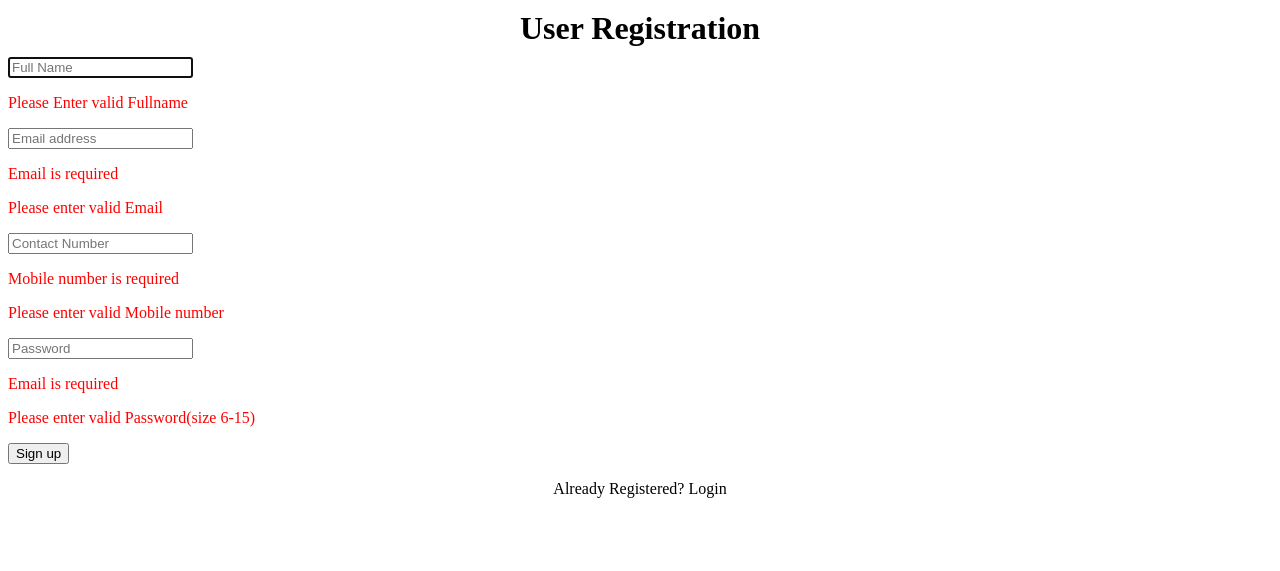
Repository: sagarpatil11/ToDo
Page: todo/src/main/webapp/templates/userregistration.html
An editor plug-in stored every save of this project. The page is shown before and after the next save, followed by the edit.
The browser window is 1280 px wide. The pictures show the whole page.

Above is the page before, as saved 2017-07-21 12:04:36.

### todo/src/main/webapp/templates/userregistration.html
<div class="container">
        <div class="card card-container">

            <h1 style="text-align: center;margin:10px">User Registration</h1>

            <form name="regform" class="form-signin" method="post">

            	<div class="form-group">
            		<input type="text" name="fullname" data-ng-model="fullname" data-ng-pattern="/^[A-Za-z]*$/" id="fullname" class="form-control" placeholder="Full Name" required autofocus>
                	<p><span data-ng-show="regform.fullname.$error.required && regform.fullname.$touched" style="color: red">Please Enter valid Fullname</span></p>
               		<!-- <p><span data-ng-show="userform.email.$error.email && userform.email.$touched" style="color: red">Please enter valid Email</span></p> -->
               		<span data-ng-show="regform.fullname.$error.required >Name must be alphabet</span>

               	</div>

               	<div class="form-group">
                	<input type="email" name="email" data-ng-model="email" id="inputEmail" class="form-control" placeholder="Email address" required >
               		<p><span data-ng-show="regform.email.$error.required && regform.email.$touched" style="color: red">Email is required</span></p>
               		<p><span data-ng-show="regform.email.$error.email && regform.email.$touched" style="color: red">Please enter valid Email</span></p>
               	</div>

               	<div class="form-group">
                	<input type="number" name="mobile" data-ng-model="mobile" data-ng-minlength="10" data-ng-maxlength="10" id="mobile" class="form-control" placeholder="Contact Number" required >
               		<p><span data-ng-show="regform.mobile.$error.required && regform.mobile.$touched" style="color: red">Mobile number is required</span></p>
               		<p><span data-ng-show="regform.mobile.$error.minlength || regform.mobile.$error.maxlength" style="color: red">Please enter valid Mobile number</span></p>
               	</div>

               	<div class="form-group">
               		<input type="password" name="password" data-ng-model="password" data-ng-minlength="6" data-ng-maxlength="15" id="inputPassword" class="form-control" placeholder="Password" required>
                	<p><span data-ng-show="regform.password.$error.required && regform.password.$touched" style="color: red">Email is required</span></p>
               		<p><span data-ng-show="regform.password.$error.minlength || regform.password.$error.maxlength" style="color: red">Please enter valid Password(size 6-15)</span></p>
               	</div>

                <button class="btn btn-primary btn-block btn-signup" type="submit" data-ng-disabled="regform.$invalid" data-ng-click="signUp()">Sign up</button>

            </form>

            <p style="text-align: center;">Already Registered?<a ui-sref="login"> Login</a></p>
        </div>
</div>

After the next save:
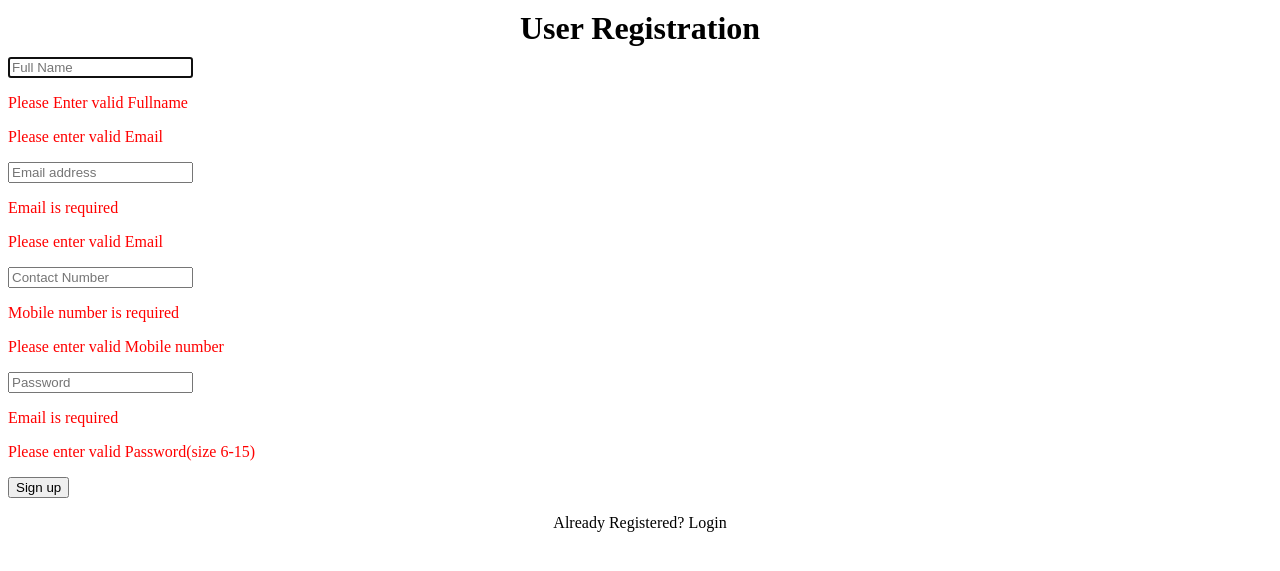
Saved 92 s later.
--- a/todo/src/main/webapp/templates/userregistration.html
+++ b/todo/src/main/webapp/templates/userregistration.html
@@ -8,10 +8,8 @@
             	<div class="form-group">
             		<input type="text" name="fullname" data-ng-model="fullname" data-ng-pattern="/^[A-Za-z]*$/" id="fullname" class="form-control" placeholder="Full Name" required autofocus>
                 	<p><span data-ng-show="regform.fullname.$error.required && regform.fullname.$touched" style="color: red">Please Enter valid Fullname</span></p>
-               		<!-- <p><span data-ng-show="userform.email.$error.email && userform.email.$touched" style="color: red">Please enter valid Email</span></p> -->
-               		<span data-ng-show="regform.fullname.$error.required >Name must be alphabet</span>
-
-               	</div>
+               		 <p><span data-ng-show="regform.fullname.$error.pattern" style="color: red">Please enter valid Email</span></p>
+ 				</div>
 
                	<div class="form-group">
                 	<input type="email" name="email" data-ng-model="email" id="inputEmail" class="form-control" placeholder="Email address" required >
